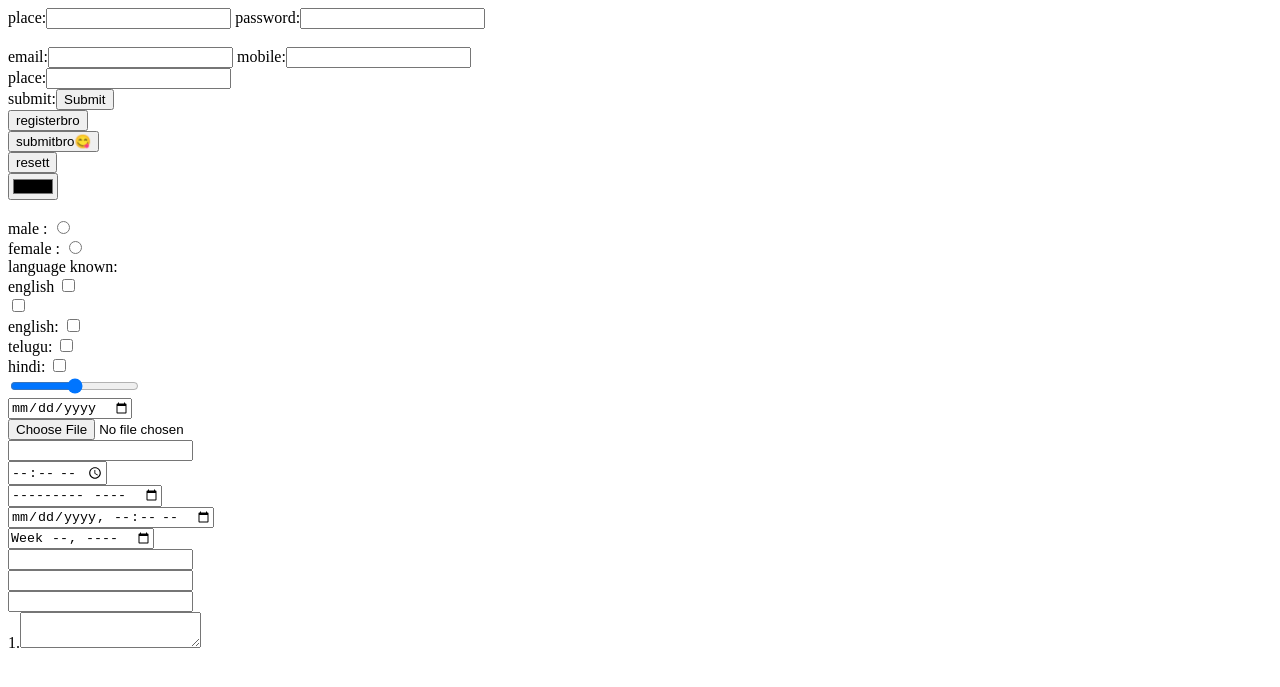
Repository: viveknaidu007/repo-113-HTML
Page: 9.html
The author's editor kept a copy of each file at every save. The page is drawn from the files as they stood at one save, then again after the next save.
The browser window is 1280 px wide. The pictures show the whole page.

Above is the page before, as saved 2024-06-15 21:58:50.

### 9.html
<!DOCTYPE html>
<html>
    <head>
        <title> forms demo</title>
    </head>

    <body>
        <form action="response.html">
            place:<input type="text">
            password:<input type="password"> <br> <br>
            email:<input type="email">
            mobile:<input type="tel"> <br>
            place:<input type="number"> <br>
            submit:<input type="submit"> <br>
            <input type="submit" value="registerbro"> <br>
            <input type="submit" value="submitbro😋"> <br>
            <input type="reset" value="resett">  <br>
            <input type="color"> <br>
            <input type="hidden"> <br>
            male : <input type="radio" name="gender"> <br>
            female : <input type="radio" name="gender"> <br>
            language known: <br>
            english <input type="checkbox"> <br>
            <input type="checkbox"> <br>
            english: <input type="checkbox"> <br>
            telugu: <input type="checkbox"> <br>
            hindi: <input type="checkbox"> <br>

            <input type="range"> <br>
            <input type="date"> <br>
            <input type="file"> <br>
            <input type="search"> <br>
            <input type="time"> <br>
            <input type="month"> <br>
            <input type="datetime-local"> <br>
            <input type="week"> <br>
            <input type="url"> <br>

            <input type="text" name="place" minlength="3" maxlength="10"> <br>
            <input type="password" required minlength="3" maxlength="10"> <br>

            1.<textarea></textarea>

        </form>
    </body>
</html>

After the next save:
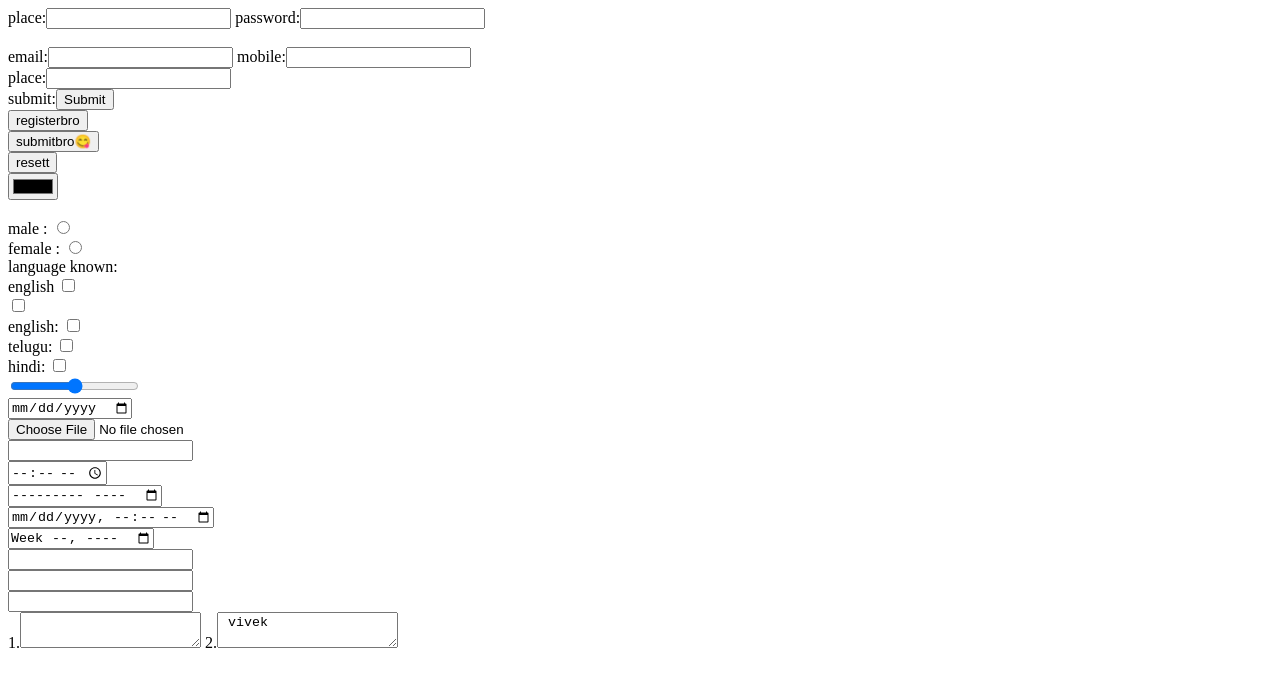
Saved 21 s later.
--- a/9.html
+++ b/9.html
@@ -40,6 +40,7 @@
             <input type="password" required minlength="3" maxlength="10"> <br>
 
             1.<textarea></textarea>
+            2.<textarea> vivek </textarea>
 
         </form>
     </body>
